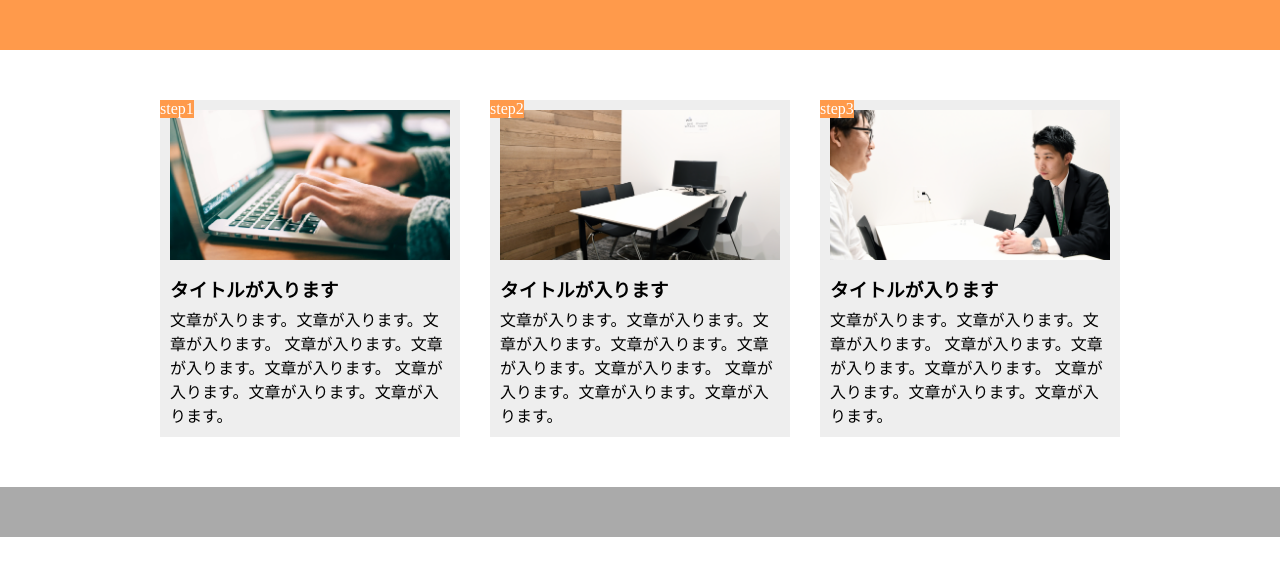
Repository: miho-baba/chapter10.1
Page: chapter9/chapter9.html
The author's editor kept a record of every edit. The page is drawn from the files as they stood at one moment, then again after the next edit.
The browser window is 1280 px wide. The pictures show the whole page.

Above is the page before.

### chapter9/chapter9.html

<!DOCTYPE html>
<html lang="ja">
  <head>
    <meta charset="UTF-8" />
    <title>9章演習</title>
    <link rel="stylesheet" href="chapter9.css" />
  </head>
  <body>
    <header></header>
    <main>
      <div class="step-box">
        <div class="step-img1"></div>
        <span class="step-num">step1</span>
        <h3 class="title">タイトルが入ります</h3>
        <p class="text">
          文章が入ります。文章が入ります。文章が入ります。
          文章が入ります。文章が入ります。文章が入ります。
          文章が入ります。文章が入ります。文章が入ります。
        </p>
      </div>

      <div class="step-box">
        <div class="step-img2"></div>
        <span class="step-num">step2</span>
        <h3 class="title">タイトルが入ります</h3>
        <p class="text">
          文章が入ります。文章が入ります。文章が入ります。文章が入ります。文章が入ります。文章が入ります。 文章が入ります。文章が入ります。文章が入ります。
        </p>
      </div>

      <div class="step-box">
        <div class="step-img3"></div>
        <span class="step-num">step3</span>
        <h3 class="title">タイトルが入ります</h3>
        <p class="text">
          文章が入ります。文章が入ります。文章が入ります。
          文章が入ります。文章が入ります。文章が入ります。
          文章が入ります。文章が入ります。文章が入ります。
        </p>
      </div>
    </main>
    <footer></footer>
  </body>
</html>

### chapter9/chapter9.css
* {
  box-sizing: border-box;
  margin: 0;
  padding: 0;
}

header {
  height: 50px;
  background-color: #ff9a4b;
}

main {
  width: 960px;
  margin: 50px auto;
  display: flex;
}

.step-box {
  width: 300px;
  margin-right: 30px;
  padding: 10px;
  position: relative;
  background-color: #eee;
}

.step-box:last-child {
  margin-right: 0;
}

.step-img1 {
  height: 150px;
  background-image: url(img/flow01.png);
  background-position: bottom;
  background-size: cover;
}

.step-img2 {
  height: 150px;
  background-image: url(img/flow02.png);
  background-position: bottom;
  background-size: cover;
}

.step-img3 {
  height: 150px;
  background-image: url(img/flow03.png);
  background-position: bottom;
  background-size: cover;
}

.step-num {
  position: absolute;
  top: 0;
  left: 0;
  background-color: #ff9a4b;
  color: #fff;
}

.title {
  margin: 15px 0 5px;
}

footer {
  height: 50px;
  background-color: #aaa;
}

After the next edit:
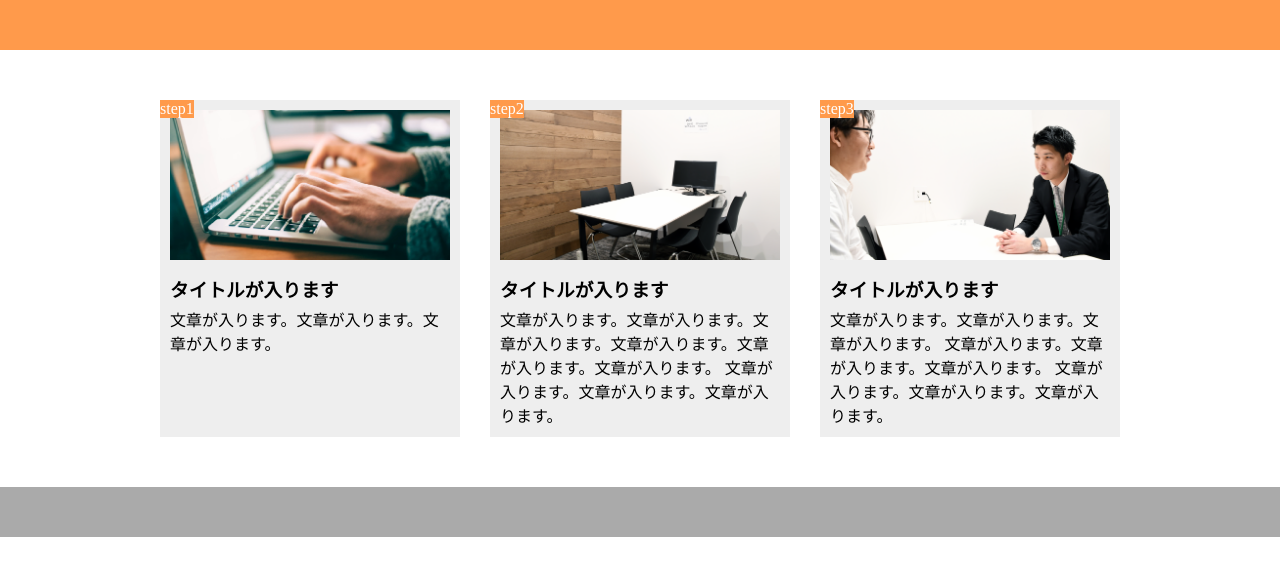
The edit:
--- a/chapter9/chapter9.html
+++ b/chapter9/chapter9.html
@@ -14,8 +14,6 @@
         <span class="step-num">step1</span>
         <h3 class="title">タイトルが入ります</h3>
         <p class="text">
-          文章が入ります。文章が入ります。文章が入ります。
-          文章が入ります。文章が入ります。文章が入ります。
           文章が入ります。文章が入ります。文章が入ります。
         </p>
       </div>
